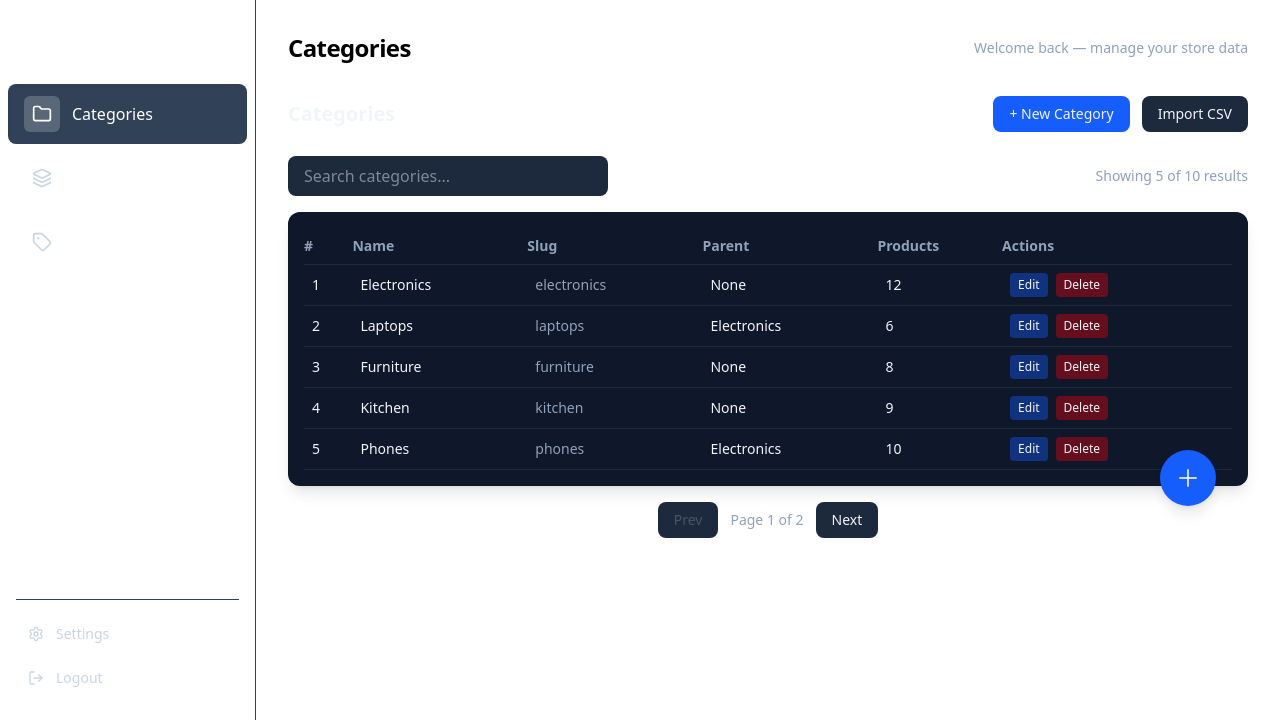
Repository: Ndegwa2/MulistorePOS
Page: /
These files come from the project's save history. The page is drawn as it stood at one moment and after the next save; the edit follows.
The browser window is 1280 px wide. The pictures show the whole page.
The project was rebuilt for these pictures with package versions that can differ from the ones it lists, and the page was loaded fresh each time. Also part of the build but not shown: vite.config.js, Frontend/EditModal.jsx, Frontend/DeleteConfirm.jsx, Frontend/subcategory.jsx, Frontend/brand.jsx.

Above is the page before, as saved 2025-10-03 09:53:43.

### index.html
<!DOCTYPE html>
<html lang="en">
  <head>
    <meta charset="UTF-8" />
    <link rel="icon" type="image/svg+xml" href="/vite.svg" />
    <meta name="viewport" content="width=device-width, initial-scale=1.0" />
    <title>Multistore POS</title>
  </head>
  <body class="bg-secondary text-text">
    <div id="root"></div>
    <script type="module" src="/Frontend/main.jsx"></script>
  </body>
</html>

### Frontend/main.jsx
import React from 'react'
import ReactDOM from 'react-dom/client'
import './index.css'
import Dashboard from './dashboaord'

ReactDOM.createRoot(document.getElementById('root')).render(
  <React.StrictMode>
    <Dashboard />
  </React.StrictMode>,
)

### Frontend/dashboaord.jsx
import React, { useState } from "react";
import { Folder, Layers, Tag, Settings, LogOut } from "lucide-react";

// Assume these exist in your project
import CategoryPanel from "./categoryPanel";
import SubCategoryPanel from "./subcategory";
import BrandPanel from "./brand";

const NAV = [
  { key: "categories", label: "Categories", icon: Folder },
  { key: "subcategories", label: "Subcategories", icon: Layers },
  { key: "brands", label: "Brands", icon: Tag },
];

export default function Dashboard() {
  const [active, setActive] = useState("categories");

  // small helper for rendering the active panel
  function renderPanel() {
    if (active === "categories") return <CategoryPanel />;
    if (active === "subcategories") return <SubCategoryPanel />;
    return <BrandPanel />;
  }

  return (
    <div className="min-h-screen bg-secondary text-text flex">
      {/* Sidebar */}
      <aside
        className="w-64 fixed left-0 top-0 h-screen bg-primary text-white border-r border-slate-700
                   flex flex-col justify-between"
        aria-label="Sidebar"
      >
        <div>
          {/* Logo / Title */}
          <div className="px-6 py-6">
            <div className="text-sm font-semibold">Multistore POS</div>
          </div>

          {/* Nav */}
          <nav className="mt-4 px-2" aria-label="Main navigation">
            {NAV.map((n) => {
              const Icon = n.icon;
              const isActive = active === n.key;
              return (
                <button
                  key={n.key}
                  onClick={() => setActive(n.key)}
                  className={`group w-full flex items-center gap-3 px-4 py-3 my-1 rounded-lg text-left
                              transition-colors duration-150
                              ${isActive ? "bg-slate-700 text-white shadow-inner" : "hover:bg-slate-700"}`}
                  aria-current={isActive ? "page" : undefined}
                >
                  <div className={`p-2 rounded-md ${isActive ? "bg-white/20" : "bg-transparent"}`}>
                    <Icon className={`w-5 h-5 ${isActive ? "text-white" : "text-slate-300"} transition-colors`} />
                  </div>
                  <span className="flex-1">{n.label}</span>
                  {/* subtle chevron or count placeholder (optional) */}
                </button>
              );
            })}
          </nav>
        </div>

        {/* bottom area */}
        <div className="px-4 pb-6">
          <div className="border-t border-slate-700 pt-4 flex flex-col gap-2">
            <button className="flex items-center gap-3 px-3 py-2 rounded-lg hover:bg-slate-700 transition-colors">
              <Settings className="w-4 h-4 text-slate-300" />
              <span className="text-sm text-slate-300">Settings</span>
            </button>
            <button className="flex items-center gap-3 px-3 py-2 rounded-lg hover:bg-slate-700 transition-colors">
              <LogOut className="w-4 h-4 text-slate-300" />
              <span className="text-sm text-slate-300">Logout</span>
            </button>
          </div>
        </div>
      </aside>

      {/* Main content */}
      <main className="flex-1 ml-64 bg-secondary min-h-screen text-text p-8">
        {/* Top header (shows active panel name) */}
        <header className="mb-6">
          <div className="flex items-center justify-between">
            <h2 className="text-2xl font-semibold tracking-tight">
              {NAV.find((n) => n.key === active)?.label}
            </h2>
            <div className="text-sm text-slate-400">Welcome back — manage your store data</div>
          </div>
        </header>

        {/* Content area with simple fade/slide animation */}
        <section
          key={active} /* remounts on active change to trigger transition */
          className="transition duration-300 ease-out transform opacity-0 translate-y-2 animate-fade-in"
          style={{ animationFillMode: "forwards", animationDuration: "220ms" }}
        >
          <div className="bg-transparent">
            {renderPanel()}
          </div>
        </section>
      </main>

      {/* small global styles for the fade-in animation (Tailwind can't define keyframes inline) */}
      <style>{`
        @keyframes fadeIn {
          from { opacity: 0; transform: translateY(6px); }
          to { opacity: 1; transform: translateY(0); }
        }
        .animate-fade-in {
          animation-name: fadeIn;
        }
      `}</style>
    </div>
  );
}

### Frontend/categoryPanel.jsx
import React, { useState } from "react";
import EditModal from "./EditModal";
import DeleteConfirm from "./DeleteConfirm";

export default function CategoryPanel() {
  const [categories, setCategories] = useState([
    { id: 1, name: "Electronics", slug: "electronics", parent: "None", count: 12 },
    { id: 2, name: "Laptops", slug: "laptops", parent: "Electronics", count: 6 },
    { id: 3, name: "Furniture", slug: "furniture", parent: "None", count: 8 },
    { id: 4, name: "Kitchen", slug: "kitchen", parent: "None", count: 9 },
    { id: 5, name: "Phones", slug: "phones", parent: "Electronics", count: 10 },
    { id: 6, name: "Accessories", slug: "accessories", parent: "Electronics", count: 4 },
    { id: 7, name: "Chairs", slug: "chairs", parent: "Furniture", count: 7 },
    { id: 8, name: "Tables", slug: "tables", parent: "Furniture", count: 5 },
    { id: 9, name: "Home Decor", slug: "home-decor", parent: "None", count: 11 },
    { id: 10, name: "Audio", slug: "audio", parent: "Electronics", count: 3 },
  ]);

  const [showModal, setShowModal] = useState(false);
  const [newCategory, setNewCategory] = useState({ name: "", slug: "", parent: "", description: "" });
  const [searchTerm, setSearchTerm] = useState("");
  const [currentPage, setCurrentPage] = useState(1);
  const itemsPerPage = 5;

  const [showEditModal, setShowEditModal] = useState(false);
  const [editingItem, setEditingItem] = useState(null);
  const [showDeleteConfirm, setShowDeleteConfirm] = useState(false);
  const [deletingItem, setDeletingItem] = useState(null);

  // Derived filtered categories
  const filtered = categories.filter(
    (c) =>
      c.name.toLowerCase().includes(searchTerm.toLowerCase()) ||
      c.slug.toLowerCase().includes(searchTerm.toLowerCase())
  );

  // Pagination logic
  const totalPages = Math.ceil(filtered.length / itemsPerPage);
  const paginated = filtered.slice((currentPage - 1) * itemsPerPage, currentPage * itemsPerPage);

  const handleAdd = () => setShowModal(true);

  const handleSave = () => {
    if (newCategory.name.trim() === "") return;
    setCategories([...categories, { ...newCategory, id: Date.now(), count: 0 }]);
    setNewCategory({ name: "", slug: "", parent: "", description: "" });
    setShowModal(false);
  };

  const handleSearch = (e) => {
    setSearchTerm(e.target.value);
    setCurrentPage(1);
  };

  const handleEdit = (item) => {
    setEditingItem(item);
    setShowEditModal(true);
  };

  const handleEditSave = (updated) => {
    setCategories(categories.map(c => c.id === updated.id ? updated : c));
    setShowEditModal(false);
  };

  const handleDelete = (item) => {
    setDeletingItem(item);
    setShowDeleteConfirm(true);
  };

  const handleDeleteConfirm = () => {
    setCategories(categories.filter(c => c.id !== deletingItem.id));
    setShowDeleteConfirm(false);
  };

  return (
    <div className="text-slate-100 font-sans">
      {/* Header */}
      <div className="flex flex-col sm:flex-row justify-between sm:items-center mb-6 gap-3">
        <h2 className="text-xl font-semibold">Categories</h2>
        <div className="flex gap-3">
          <button
            className="bg-blue-600 hover:bg-blue-700 px-4 py-2 rounded-lg text-sm"
            onClick={handleAdd}
          >
            + New Category
          </button>
          <button className="bg-slate-800 hover:bg-slate-700 px-4 py-2 rounded-lg text-sm">
            Import CSV
          </button>
        </div>
      </div>

      {/* Search */}
      <div className="mb-4 flex justify-between items-center flex-wrap gap-3">
        <input
          type="text"
          placeholder="Search categories..."
          value={searchTerm}
          onChange={handleSearch}
          className="w-full sm:w-1/3 bg-slate-800 text-slate-200 px-4 py-2 rounded-lg focus:ring-2 focus:ring-blue-600 outline-none"
        />
        <span className="text-sm text-slate-400">
          Showing {paginated.length} of {filtered.length} results
        </span>
      </div>

      {/* Table */}
      <div className="bg-slate-900 rounded-xl p-4 shadow-lg overflow-x-auto">
        <table className="w-full text-sm">
          <thead>
            <tr className="text-slate-400 border-b border-slate-800">
              <th className="py-2 text-left">#</th>
              <th className="py-2 text-left">Name</th>
              <th className="py-2 text-left">Slug</th>
              <th className="py-2 text-left">Parent</th>
              <th className="py-2 text-left">Products</th>
              <th className="py-2 text-left">Actions</th>
            </tr>
          </thead>
          <tbody>
            {paginated.map((cat, idx) => (
              <tr key={cat.id} className="border-b border-slate-800 hover:bg-slate-800/50">
                <td className="py-2 px-2">{(currentPage - 1) * itemsPerPage + idx + 1}</td>
                <td className="py-2 px-2 font-medium">{cat.name}</td>
                <td className="py-2 px-2 text-slate-400">{cat.slug}</td>
                <td className="py-2 px-2">{cat.parent}</td>
                <td className="py-2 px-2">{cat.count}</td>
                <td className="py-2 px-2 flex gap-2">
                  <button
                    onClick={() => handleEdit(cat)}
                    className="px-2 py-1 bg-blue-600/40 rounded hover:bg-blue-600/60 text-xs"
                  >
                    Edit
                  </button>
                  <button
                    onClick={() => handleDelete(cat)}
                    className="px-2 py-1 bg-red-600/40 rounded hover:bg-red-600/60 text-xs"
                  >
                    Delete
                  </button>
                </td>
              </tr>
            ))}
          </tbody>
        </table>
      </div>

      {/* Pagination Controls */}
      <div className="flex justify-center gap-3 mt-4">
        <button
          disabled={currentPage === 1}
          onClick={() => setCurrentPage(currentPage - 1)}
          className={`px-4 py-2 rounded-lg text-sm ${
            currentPage === 1 ? "bg-slate-800 text-slate-600" : "bg-slate-800 hover:bg-slate-700"
          }`}
        >
          Prev
        </button>
        <span className="text-slate-400 text-sm self-center">
          Page {currentPage} of {totalPages}
        </span>
        <button
          disabled={currentPage === totalPages}
          onClick={() => setCurrentPage(currentPage + 1)}
          className={`px-4 py-2 rounded-lg text-sm ${
            currentPage === totalPages
              ? "bg-slate-800 text-slate-600"
              : "bg-slate-800 hover:bg-slate-700"
          }`}
        >
          Next
        </button>
      </div>

      {/* Floating Add Button */}
      <button
        onClick={handleAdd}
        className="fixed bottom-8 right-8 bg-blue-600 hover:bg-blue-700 w-14 h-14 flex items-center justify-center rounded-full shadow-lg"
      >
        <span className="text-2xl">＋</span>
      </button>

      {/* Modal */}
      {showModal && (
        <div className="fixed inset-0 bg-black/50 flex items-center justify-center z-50">
          <div className="bg-slate-900 p-6 rounded-xl w-full max-w-md shadow-2xl border border-slate-800">
            <h2 className="text-lg font-semibold mb-4">Add New Category</h2>

            <div className="space-y-4">
              <div>
                <label className="text-sm text-slate-400">Name</label>
                <input
                  type="text"
                  value={newCategory.name}
                  onChange={(e) => setNewCategory({ ...newCategory, name: e.target.value })}
                  className="w-full mt-1 bg-slate-800 rounded-lg px-3 py-2 outline-none focus:ring-2 focus:ring-blue-600"
                />
              </div>
              <div>
                <label className="text-sm text-slate-400">Slug</label>
                <input
                  type="text"
                  value={newCategory.slug}
                  onChange={(e) => setNewCategory({ ...newCategory, slug: e.target.value })}
                  className="w-full mt-1 bg-slate-800 rounded-lg px-3 py-2 outline-none focus:ring-2 focus:ring-blue-600"
                />
              </div>
              <div>
                <label className="text-sm text-slate-400">Parent</label>
                <select
                  value={newCategory.parent}
                  onChange={(e) => setNewCategory({ ...newCategory, parent: e.target.value })}
                  className="w-full mt-1 bg-slate-800 rounded-lg px-3 py-2 outline-none focus:ring-2 focus:ring-blue-600"
                >
                  <option value="">None</option>
                  {categories
                    .filter((c) => c.parent === "None")
                    .map((c) => (
                      <option key={c.id}>{c.name}</option>
                    ))}
                </select>
              </div>
              <div>
                <label className="text-sm text-slate-400">Description</label>
                <textarea
                  rows="3"
                  value={newCategory.description}
                  onChange={(e) => setNewCategory({ ...newCategory, description: e.target.value })}
                  className="w-full mt-1 bg-slate-800 rounded-lg px-3 py-2 outline-none focus:ring-2 focus:ring-blue-600"
                ></textarea>
              </div>
            </div>

            <div className="flex justify-end gap-3 mt-6">
              <button
                onClick={() => setShowModal(false)}
                className="px-4 py-2 bg-slate-800 hover:bg-slate-700 rounded-lg"
              >
                Cancel
              </button>
              <button
                onClick={handleSave}
                className="px-4 py-2 bg-blue-600 hover:bg-blue-700 rounded-lg"
              >
                Save
              </button>
            </div>
          </div>
        </div>
      )}

      <EditModal
        isOpen={showEditModal}
        onClose={() => setShowEditModal(false)}
        onSave={handleEditSave}
        initialData={editingItem}
        fields={[
          { name: 'name', label: 'Name', type: 'text' },
          { name: 'slug', label: 'Slug', type: 'text' },
          { name: 'parent', label: 'Parent', type: 'select', options: ['None', ...categories.filter(c => c.parent === 'None').map(c => c.name)] },
          { name: 'description', label: 'Description', type: 'textarea' }
        ]}
      />

      <DeleteConfirm
        isOpen={showDeleteConfirm}
        onClose={() => setShowDeleteConfirm(false)}
        onConfirm={handleDeleteConfirm}
        itemName={deletingItem?.name}
      />
    </div>
  );
}

Loaded but not shown: Frontend/index.css (common file)

After the next save:
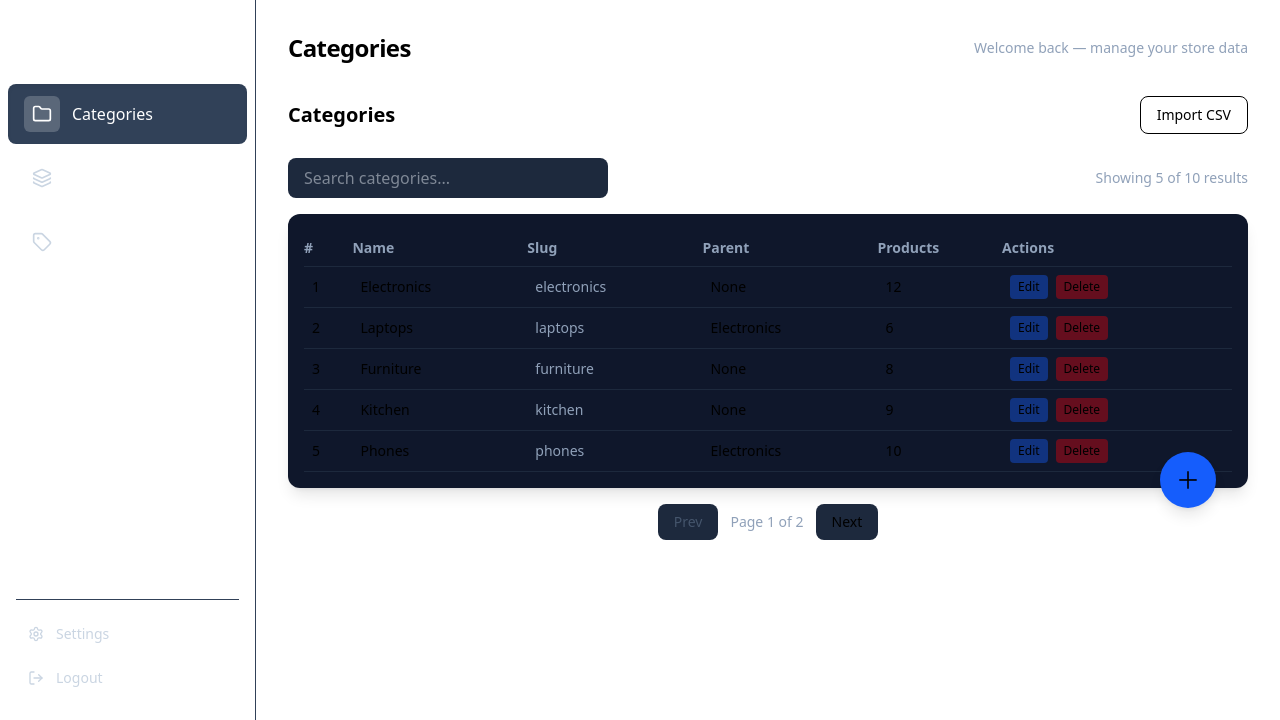
Saved 17 s later.
--- a/Frontend/categoryPanel.jsx
+++ b/Frontend/categoryPanel.jsx
@@ -73,18 +73,18 @@ export default function CategoryPanel() {
   };
 
   return (
-    <div className="text-slate-100 font-sans">
+    <div className="text-text font-sans">
       {/* Header */}
       <div className="flex flex-col sm:flex-row justify-between sm:items-center mb-6 gap-3">
         <h2 className="text-xl font-semibold">Categories</h2>
         <div className="flex gap-3">
           <button
-            className="bg-blue-600 hover:bg-blue-700 px-4 py-2 rounded-lg text-sm"
+            className="bg-primary text-white px-4 py-2 rounded-lg hover:bg-slate-700 text-sm"
             onClick={handleAdd}
           >
             + New Category
           </button>
-          <button className="bg-slate-800 hover:bg-slate-700 px-4 py-2 rounded-lg text-sm">
+          <button className="border border-primary text-primary px-4 py-2 rounded-lg hover:bg-slate-100 text-sm">
             Import CSV
           </button>
         </div>
